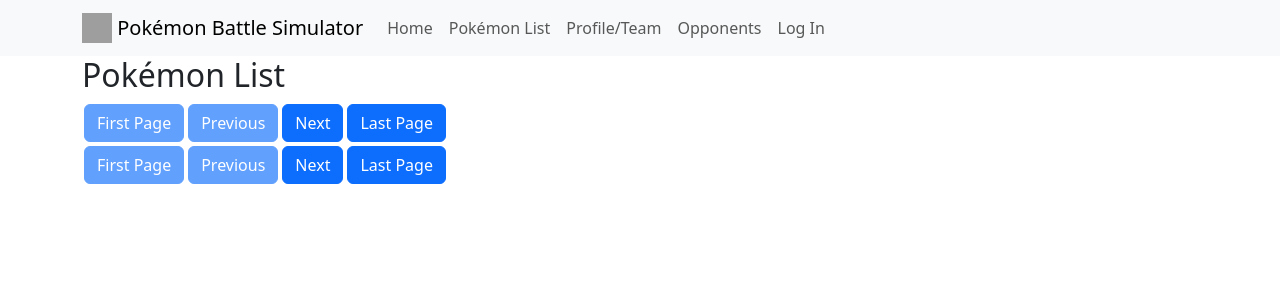
Repository: chsbca/Pokemon-Battle-Simulator
Page: /pokemon_list (app in front-end/)
The author's editor kept a copy of each file at every save. The page is drawn from the files as they stood at one save, then again after the next save.
The browser window is 1280 px wide. The pictures show the whole page.
Pictures or frames that could not be fetched are drawn as grey boxes. The page's requests for data from a server got no answer. The project was rebuilt for these pictures with package versions that can differ from the ones it lists, and the page was loaded fresh each time. No one was signed in, and anything a server would have sent is missing. Also part of the build but not shown: front-end/vite.config.js, front-end/src/components/ProtectedRoute.jsx, front-end/src/pages/Error404Page.jsx, front-end/src/pages/HomePage.jsx, front-end/src/pages/ProfilePage.jsx, front-end/src/pages/OpponentsPage.jsx, front-end/src/pages/LoginPage.jsx, front-end/src/pages/SignUpPage.jsx and 1 more.

Above is the page before, as saved 2024-04-17 13:48:04.

### front-end/index.html
<!doctype html>
<html lang="en">
  <head>
    <meta charset="UTF-8" />
    <link rel="icon" type="image/svg+xml" href="/vite.svg" />
    <meta name="viewport" content="width=device-width, initial-scale=1.0" />
    <title>Pokemon Battle Simulator!</title>
  </head>
  <body>
    <div id="root"></div>
    <script type="module" src="/src/main.jsx"></script>
  </body>
</html>

### front-end/src/main.jsx
import ReactDOM from "react-dom/client";
import { RouterProvider } from "react-router-dom";
import { UserProvider } from "./components/UserContext"; // Make sure this path is correct
import router from "./router";
import "bootstrap/dist/css/bootstrap.min.css";

ReactDOM.createRoot(document.getElementById('root')).render(
  <UserProvider>
    <RouterProvider router={router}/>
  </UserProvider>
);

### front-end/src/components/UserContext.jsx
import React, { createContext, useContext, useState, useEffect } from 'react';

const UserContext = createContext(null);

export const UserProvider = ({ children }) => {
    const [user, setUser] = useState(() => {
        const savedUser = localStorage.getItem('user');
        console.log('Initializing user from localStorage:', savedUser);
        return savedUser ? JSON.parse(savedUser) : null;
    });

    useEffect(() => {
        console.log('User state updated:', user);
    }, [user]);

    return (
        <UserContext.Provider value={{ user, setUser }}>
            {children}
        </UserContext.Provider>
    );
};

export const useUser = () => useContext(UserContext);

### front-end/src/router.jsx
import { createBrowserRouter } from "react-router-dom";
import ProtectedRoute from "./components/ProtectedRoute.jsx"
import App from "./App.jsx"
import Error404Page from "./pages/Error404Page.jsx";
import HomePage from "./pages/HomePage.jsx"
import PokemonListPage from "./pages/PokemonListPage.jsx";
import ProfilePage from "./pages/ProfilePage.jsx";
import OpponentsPage from "./pages/OpponentsPage.jsx";
import LoginPage from "./pages/LoginPage.jsx";
import SignUpPage from "./pages/SignUpPage.jsx";
import BattlePage from "./pages/BattlePage.jsx";

const router = createBrowserRouter([
    {
        path: "/",
        element: <App/>,
        children: [
            {
                index: true,
                element: <HomePage/>
            },
            {
                path: "/pokemon_list/",
                element: <PokemonListPage/>
            },
            {
                path: "/profile/",
                element: <ProtectedRoute><ProfilePage/></ProtectedRoute>
            },
            {
                path: "/opponents/",
                element: <OpponentsPage/>
            },
            {
                path: "/battle/:opponentEmail",
                element: <BattlePage/>,
            },
            {
                path: "/login/",
                element: <LoginPage/>
            },
            {
                path: "/signup/",
                element: <SignUpPage/>
            }
        ],
        errorElement: <Error404Page/>
    }
])

export default router;

### front-end/src/App.jsx
import { Outlet } from "react-router-dom"
import NavbarComponent from "./components/Navbar"

export default function App() {
  return (
    <>
      <NavbarComponent/>
      <Outlet/>
    </>
  )
}

### front-end/src/pages/PokemonListPage.jsx
import React, { useEffect, useState } from "react";
import axios from 'axios';
import { fetchPokemon } from "../fetching/PokemonFetch";
import 'bootstrap/dist/css/bootstrap.min.css';
import Spinner from 'react-bootstrap/Spinner';
import { capitalizeAndFormat } from "../components/formatUtils";

const PokemonListPage = () => {
    const [pokemonDetails, setPokemonDetails] = useState([]);
    const [isLoading, setIsLoading] = useState(true);
    const [page, setPage] = useState(1);
    const limit = 20; // Number of items per page
    const totalPokemons = 1025; // Total number of Pokémon
    const lastPage = Math.ceil(totalPokemons / limit);

    useEffect(() => {
        const getPokemon = async () => {
            setIsLoading(true);
            const data = await fetchPokemon(page);
            setPokemonDetails(data.pokemon_list || []);
            console.log('Pokemon Details:', data.pokemon_list);
            setIsLoading(false);
        };
        getPokemon();
    }, [page]);

    const handleFirstPage = () => setPage(1);
    const handleNext = () => setPage(prev => (prev < lastPage ? prev + 1 : prev));
    const handlePrevious = () => setPage(prev => (prev > 1 ? prev - 1 : prev));
    const handleLastPage = () => setPage(lastPage);

    if (isLoading) {
        return (
            <>
                <Spinner animation="border" role="status" />
                <div><h1>Loading Pokémon...</h1></div>
            </>
        );
    }

    return (
        <div className="container">
            <h2>Pokémon List</h2>
            <div className="pagination-controls">
                <button onClick={handleFirstPage} disabled={page === 1} className="btn btn-primary" style={{ margin: '2px' }}>First Page</button>
                <button onClick={handlePrevious} disabled={page === 1} className="btn btn-primary" style={{ margin: '2px' }}>Previous</button>
                <button onClick={handleNext} disabled={page >= lastPage} className="btn btn-primary" style={{ margin: '2px' }}>Next</button>
                <button onClick={handleLastPage} disabled={page >= lastPage} className="btn btn-primary" style={{ margin: '2px' }}>Last Page</button>
            </div>
            <div className="row">
                {pokemonDetails.map((pokemon, index) => (
                    <div key={index} className="col-sm-6 col-md-4 col-lg-3 mb-4">
                        <div className="card">
                            {/* <img src={pokemon.sprite} className="card-img-top" alt={pokemon.name} /> */}
                            <div className="card-body">
                                <h5 className="card-title">{capitalizeAndFormat(pokemon.name)}</h5>
                                <p className="card-text">Pokédex #{pokemon.pokedexNumber}</p>
                                <p className="card-text">Type/s: {capitalizeAndFormat(pokemon.types.join(', '))}</p>
                                <p className="card-text">HP: {pokemon.stats.hp}</p>
                                <p className="card-text">Attack: {pokemon.stats.attack}</p>
                                <p className="card-text">Defense: {pokemon.stats.defense}</p>
                                <p className="card-text">Special Attack: {pokemon.stats["special_attack"]}</p>
                                <p className="card-text">Special Defense: {pokemon.stats["special_defense"]}</p>
                                <p className="card-text">Speed: {pokemon.stats.speed}</p>
                            </div>
                        </div>
                    </div>
                ))}
            </div>
            <div className="pagination-controls">
                <button onClick={handleFirstPage} disabled={page === 1} className="btn btn-primary" style={{ margin: '2px' }}>First Page</button>
                <button onClick={handlePrevious} disabled={page === 1} className="btn btn-primary" style={{ margin: '2px' }}>Previous</button>
                <button onClick={handleNext} disabled={page >= lastPage} className="btn btn-primary" style={{ margin: '2px' }}>Next</button>
                <button onClick={handleLastPage} disabled={page >= lastPage} className="btn btn-primary" style={{ margin: '2px' }}>Last Page</button>
            </div>
        </div>
    );
}

export default PokemonListPage;

### front-end/src/components/Navbar.jsx
import React from 'react';
import { Container, Navbar, Nav, Button } from 'react-bootstrap';
import { Link, useNavigate } from "react-router-dom";
import axios from 'axios';
import { useUser } from './UserContext';  // Correct import path based on your file structure

export default function NavbarComponent() {
  const { user, setUser } = useUser(); // Correctly access user and setUser
  const navigate = useNavigate();

  const handleLogout = async () => {
    const token = localStorage.getItem('token');
    console.log('Token being sent:', token); // This should print the actual token, not null or undefined
    try {
      const response = await axios.post('http://localhost:8000/poke_user/logout/', {}, {
        headers: { 'Authorization': `Token ${token}` }
      });
      console.log('Logout successful:', response.data);
      localStorage.removeItem('user');
      localStorage.removeItem('token');
      setUser(null);
      navigate('/');
    } catch (error) {
      console.error('Logout failed:', error);
      alert('Logout failed!');
    }
};

  console.log("Current User in Navbar:", user); // Log the current user state

  return (
    <>
      <Navbar expand="lg" className='bg-body-tertiary'>
        <Container>
          <Navbar.Brand as={Link} to="/">
            <img
              alt=""
              src="/pokeball_icon.svg.png"
              width="30"
              height="30"
              className='d-inline-block align-top'
            />{' '}
            Pokémon Battle Simulator
          </Navbar.Brand>
          <Navbar.Toggle aria-controls='basic-navbar-nav'/>
          <Navbar.Collapse id='basic-navbar-nav'>
            <Nav className="me-auto">
              <Nav.Link as={Link} to="/">Home</Nav.Link>
              <Nav.Link as={Link} to="pokemon_list/">Pokémon List</Nav.Link>
              <Nav.Link as={Link} to="profile/">Profile/Team</Nav.Link>
              <Nav.Link as={Link} to="opponents/">Opponents</Nav.Link>
              {!user ? (
                <Nav.Link as={Link} to="/login/">Log In</Nav.Link>
              ) : (
                <Button onClick={handleLogout} variant="outline-danger">Log Out</Button>
              )}
            </Nav>
          </Navbar.Collapse>
        </Container>
      </Navbar>
    </>
  );
}

### front-end/src/fetching/PokemonFetch.jsx
import axios from 'axios'

export const fetchPokemon = async (page = 1) => {
    try {
        const url = `http://localhost:8000/api/pokemon/?page=${page}`;
        const response = await axios.get(url);
        console.log('Raw API Data:', response.data)
        return {
            pokemon_list: response.data.results,
            nextPage: response.data.next,
            previousPage: response.data.previous,
        };
    } catch (error) {
        console.error("error fetching pokemon:", error);
        return {
            pokemon_list: [],
            nextPage: null,
            previousPage: null,
        };
    }
};

### front-end/src/components/formatUtils.js
export const capitalizeAndFormat = (text) => {
    if (!text) return '';  // Return an empty string if text is not provided
    return text
        .replace(/-/g, ' ')  // Replace all hyphens with spaces
        .split(' ')  // Split the string at each space
        .map(part => part.charAt(0).toUpperCase() + part.slice(1).toLowerCase())  // Capitalize the first letter of each part and make sure the rest are lowercase
        .join(' ');  // Join the parts back together with spaces
};

After the next save:
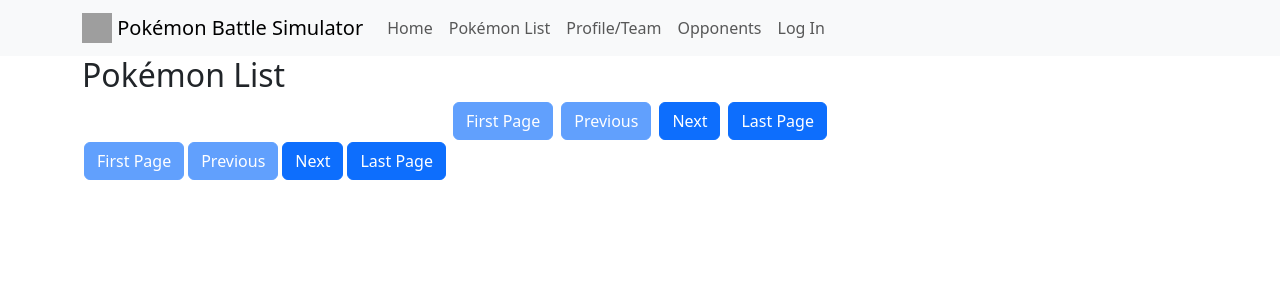
Saved 7 min 4 s later.
--- a/front-end/src/pages/PokemonListPage.jsx
+++ b/front-end/src/pages/PokemonListPage.jsx
@@ -41,11 +41,11 @@
     return (
         <div className="container">
             <h2>Pokémon List</h2>
-            <div className="pagination-controls">
-                <button onClick={handleFirstPage} disabled={page === 1} className="btn btn-primary" style={{ margin: '2px' }}>First Page</button>
-                <button onClick={handlePrevious} disabled={page === 1} className="btn btn-primary" style={{ margin: '2px' }}>Previous</button>
-                <button onClick={handleNext} disabled={page >= lastPage} className="btn btn-primary" style={{ margin: '2px' }}>Next</button>
-                <button onClick={handleLastPage} disabled={page >= lastPage} className="btn btn-primary" style={{ margin: '2px' }}>Last Page</button>
+            <div className="pagination-controls d-flex justify-content-center">
+                <button onClick={handleFirstPage} disabled={page === 1} className="btn btn-primary mx-1">First Page</button>
+                <button onClick={handlePrevious} disabled={page === 1} className="btn btn-primary mx-1">Previous</button>
+                <button onClick={handleNext} disabled={page >= lastPage} className="btn btn-primary mx-1">Next</button>
+                <button onClick={handleLastPage} disabled={page >= lastPage} className="btn btn-primary mx-1">Last Page</button>
             </div>
             <div className="row">
                 {pokemonDetails.map((pokemon, index) => (
